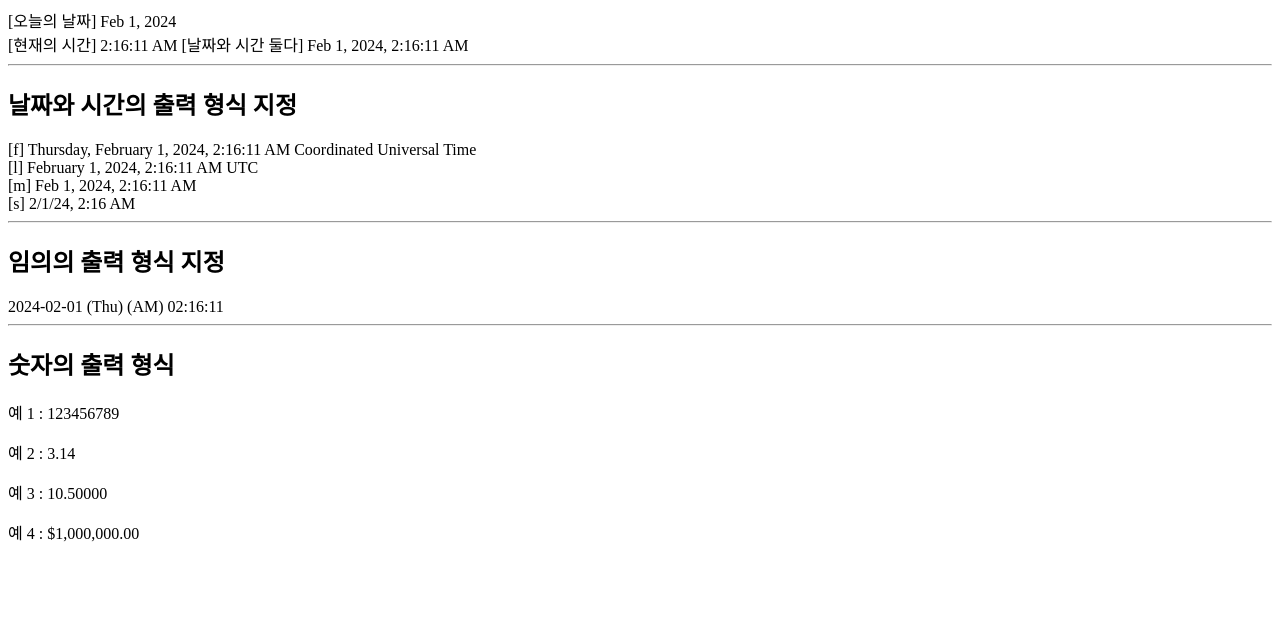
Repository: seonghun9906/sts3-Springboot
Page: http://localhost/spring-jsp02/today
An editor plug-in stored every save of this project. The page is shown before and after the next save, followed by the edit.
The browser window is 1280 px wide. The pictures show the whole page.
The page is served by Tomcat 9. Other server files are loaded and not shown.

Above is the page before, as saved 2024-02-05 04:51:03.

### spring-jsp02/src/main/webapp/WEB-INF/views/today.jsp
<%@page import="java.util.Date"%>
<%@ page language="java" contentType="text/html; charset=UTF-8"
    pageEncoding="UTF-8"%>
<%@ taglib uri="http://java.sun.com/jsp/jstl/core" prefix="c" %>
<%@ taglib uri="http://java.sun.com/jsp/jstl/fmt" prefix="fmt" %>

<c:set var="date" value="<%=new Date()%>"/>

<!DOCTYPE html>
<html>
<head>
<meta charset="UTF-8">
<title>현재 일시</title>
</head>
<body>
[오늘의 날짜] <fmt:formatDate value="${date}"/><br>
[현재의 시간] <fmt:formatDate value="${date}" type="time"/>
[날짜와 시간 둘다] <fmt:formatDate value="${date}" type="both"/>
<hr>
<h2>날짜와 시간의 출력 형식 지정</h2>
[f] <fmt:formatDate value="${date}" type="both"
		dateStyle="full" timeStyle="full"/><br>
[l] <fmt:formatDate value="${date}" type="both"
		dateStyle="long" timeStyle="long"/><br>
[m] <fmt:formatDate value="${date}" type="both"
		dateStyle="medium" timeStyle="medium"/><br>
[s] <fmt:formatDate value="${date}" type="both"
		dateStyle="short" timeStyle="short"/><br>
<hr>
<h2>임의의 출력 형식 지정</h2>
<fmt:formatDate value="${date}" pattern="yyyy-MM-dd (E)"/>
<fmt:formatDate value="${date}" type="time" pattern="(a) hh:mm:ss"/>

<hr>
<h2>숫자의 출력 형식</h2>
<p>
	예 1 : <fmt:formatNumber value = "123456789" groupingUsed="false"/> <!-- True면 123,456,789 형식으로 나옴 -->
</p>
<p>
	예 2 : <fmt:formatNumber value= "3.141592" pattern="#.##"/> <!-- #개수만큼 출력됨 -->
</p>
<p>
	예 3  : <fmt:formatNumber value="10.5" pattern="#.00000"/>
</p>
<p>
	예 4  : <fmt:formatNumber value="1000000" type="currency"
					currencySymbol="$"/>
</p>
</body>
</html>

After the next save:
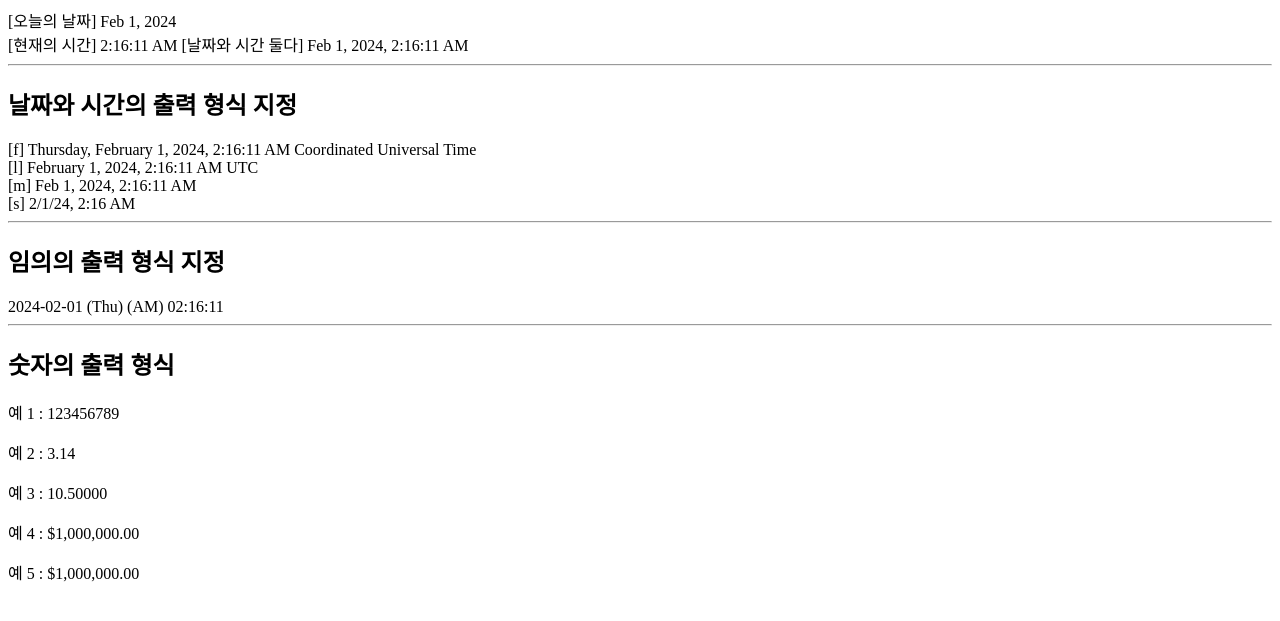
Saved 51 s later.
--- a/spring-jsp02/src/main/webapp/WEB-INF/views/today.jsp
+++ b/spring-jsp02/src/main/webapp/WEB-INF/views/today.jsp
@@ -40,10 +40,14 @@
 	예 2 : <fmt:formatNumber value= "3.141592" pattern="#.##"/> <!-- #개수만큼 출력됨 -->
 </p>
 <p>
-	예 3  : <fmt:formatNumber value="10.5" pattern="#.00000"/>
+	예 3 : <fmt:formatNumber value="10.5" pattern="#.00000"/>
 </p>
 <p>
-	예 4  : <fmt:formatNumber value="1000000" type="currency"
+	예 4 : <fmt:formatNumber value="1000000" type="currency"
+					currencySymbol="$"/>
+</p>
+<p>
+	예 5 : <fmt:formatNumber value="1000000" type="currency"
 					currencySymbol="$"/>
 </p>
 </body>
